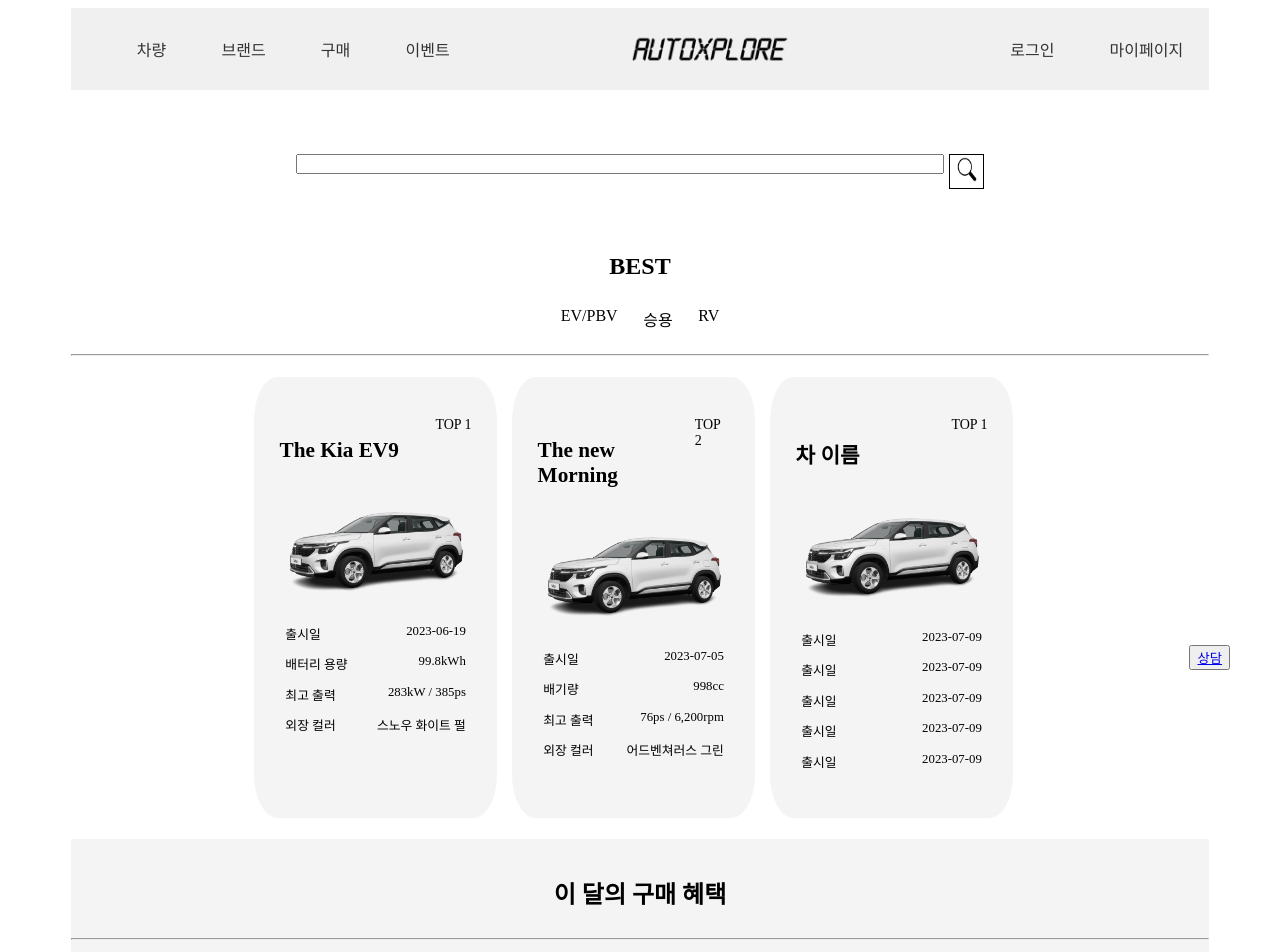
Repository: Autoxplore/Autoxplore
Page: mainPage.html
The author's editor kept a copy of each file at every save. The page is drawn from the files as they stood at one save, then again after the next save.
The browser window is 1280 px wide. The pictures show the part of the page from y = 0 to 952 px (the page is 2827 px tall).
A picture or video elsewhere on the page could not be fetched, so the positions and the page height are approximate.

Above is the page before, as saved 2023-08-03 14:26:46.

After the next save:
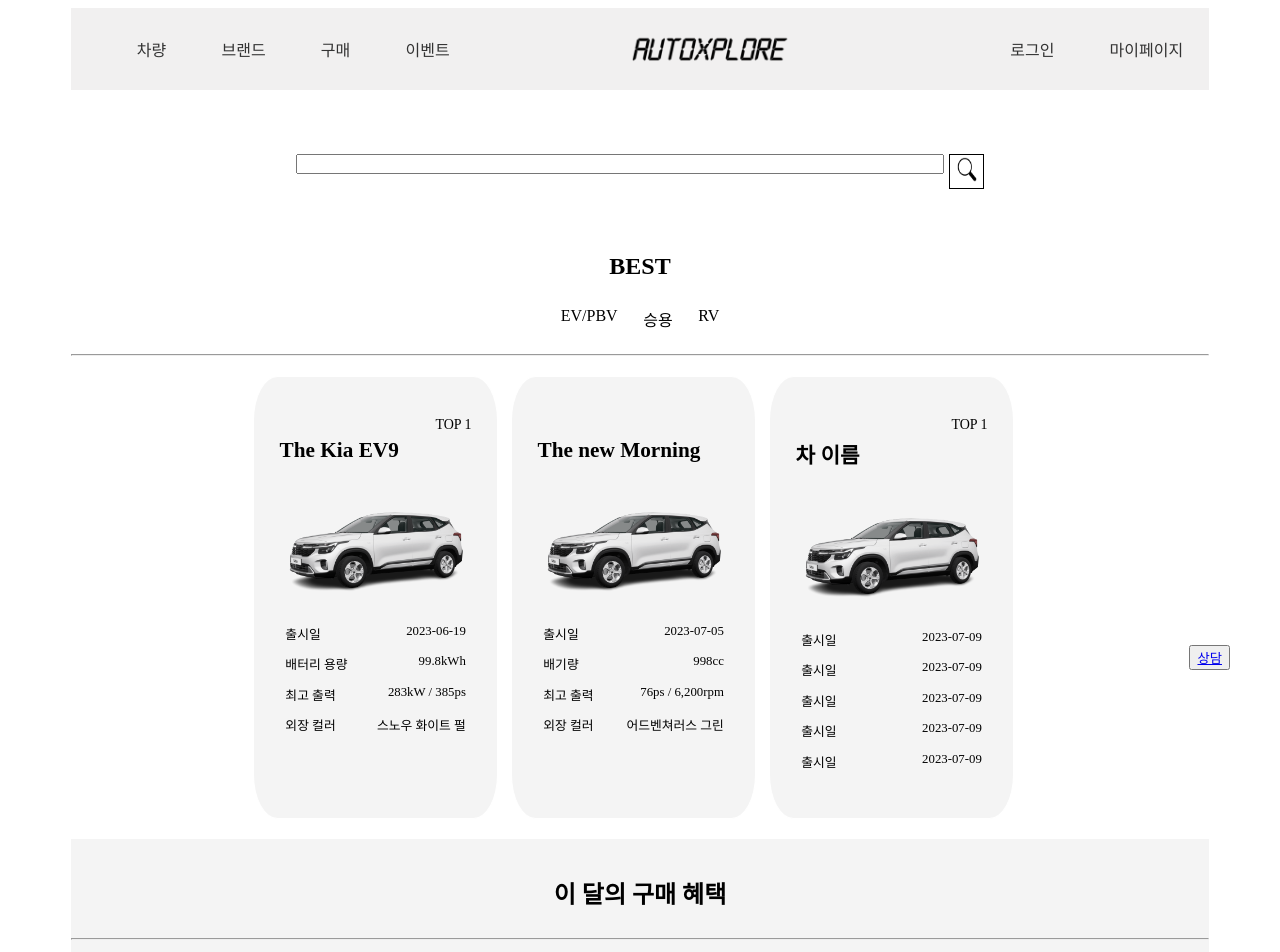
Saved 90 s later.
--- a/mainPage.html
+++ b/mainPage.html
@@ -73,7 +73,6 @@
                     <section class="car1">
                         <div class="cartop">
                             <h5>The new Morning</h5>
-                            <p>TOP 2</p>
                         </div>
                         <div class="carContent">
                             <img class="carImg" src="/image/car/kia/seltos.png" alt="top1 car">
